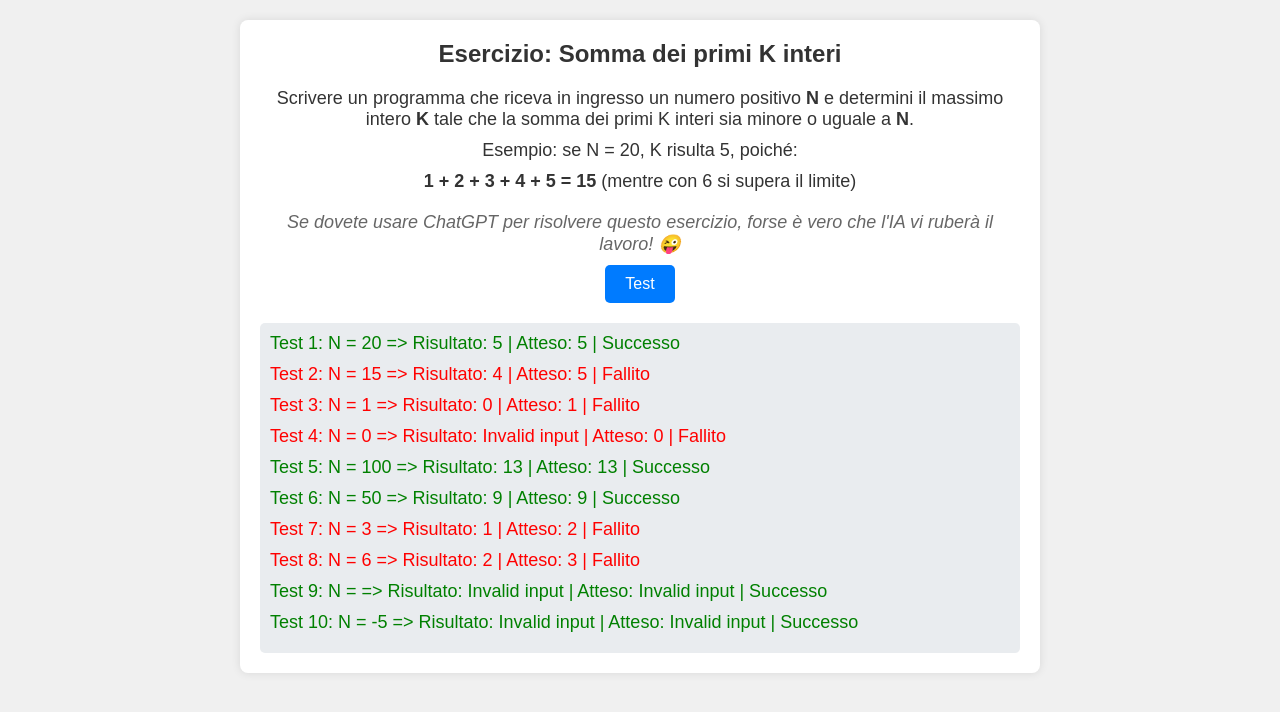
Repository: JoseManuel-Feliz/merenda1
Page: index.html
An editor plug-in stored every save of this project. The page is shown before and after the next save, followed by the edit.
The browser window is 1280 px wide. The pictures show the whole page.
After loading, the first visible `#run-tests` was clicked once.

Above is the page before, as saved 2024-10-01 16:55:51.

### index.html
<!DOCTYPE html>
<html lang="it">

<head>
    <meta charset="UTF-8">
    <meta name="viewport" content="width=device-width, initial-scale=1.0">
    <title>Esercizio Somma di K Interi</title>
    <link rel="stylesheet" href="style.css">
</head>

<body>
    <div class="container">
        <h1>Esercizio: Somma dei primi K interi</h1>
        <p>
            Scrivere un programma che riceva in ingresso un numero positivo <strong>N</strong>
            e determini il massimo intero <strong>K</strong> tale che la somma dei primi K interi
            sia minore o uguale a <strong>N</strong>.
        </p>
        <p>Esempio: se N = 20, K risulta 5, poiché:</p>
        <p><strong>1 + 2 + 3 + 4 + 5 = 15</strong> (mentre con 6 si supera il limite)</p>
        <p style="margin-top: 20px; font-style: italic; color: #666;">
            Se dovete usare ChatGPT per risolvere questo esercizio, forse è vero che l'IA vi ruberà il lavoro! 😜
        </p>

        <button id="run-tests">Test</button>
        <div id="results"></div>
    </div>
    <script src="merenda.js"></script>
    <script src="script.js"></script>
</body>

</html>

### style.css
* {
    box-sizing: border-box;
    margin: 0;
    padding: 0;
}

body {
    font-family: Arial, sans-serif;
    background-color: #f0f0f0;
    color: #333;
    padding: 20px;
}

.container {
    max-width: 800px;
    margin: 0 auto;
    padding: 20px;
    background-color: #fff;
    border-radius: 8px;
    box-shadow: 0 0 10px rgba(0, 0, 0, 0.1);
    text-align: center;
}

h1 {
    font-size: 24px;
    margin-bottom: 20px;
}

p {
    font-size: 18px;
    margin-bottom: 10px;
}

button {
    padding: 10px 20px;
    font-size: 16px;
    border: none;
    background-color: #007bff;
    color: #fff;
    border-radius: 5px;
    cursor: pointer;
}

button:hover {
    background-color: #0056b3;
}

#results {
    margin-top: 20px;
    padding: 10px;
    background-color: #e9ecef;
    border-radius: 5px;
    text-align: left;
}

### merenda.js
function sommaInteri(N) {
    let somma = 0;
    let count = 0;

    if (N < 0 || !N) {
        return 'Invalid input';
    }
    for (let i = 1; i <= N; i++) {
        if (somma + i >= N) {
            return count;
        }
        somma += i;
        console.log(somma)
        count++;
        console.log(count)
    }
}

### script.js
document.getElementById('run-tests').addEventListener('click', function () {
    const resultsContainer = document.getElementById('results');
    resultsContainer.innerHTML = '';

    const testCases = [
        { N: 20, expected: 5 },
        { N: 15, expected: 5 },
        { N: 1, expected: 1 },
        { N: 0, expected: 0 },
        { N: 100, expected: 13 },
        { N: 50, expected: 9 },
        { N: 3, expected: 2 },
        { N: 6, expected: 3 },
        { N: '', expected: 'Invalid input' },
        { N: -5, expected: 'Invalid input' },
    ];

    testCases.forEach((test, index) => {
        try {
            const result = sommaInteri(test.N);
            const passed = result === test.expected;
            const message = `Test ${index + 1}: N = ${test.N} => Risultato: ${result} | Atteso: ${test.expected} | ${passed ? 'Successo' : 'Fallito'}`;
            const resultElement = document.createElement('p');
            resultElement.textContent = message;
            resultElement.style.color = passed ? 'green' : 'red';
            resultsContainer.appendChild(resultElement);
        } catch (error) {
            const message = `Test ${index + 1}: N = ${test.N} ha generato un errore: ${error.message}`;
            const resultElement = document.createElement('p');
            resultElement.textContent = message;
            resultElement.style.color = 'red';
            resultsContainer.appendChild(resultElement);
        }
    });
});

After the next save:
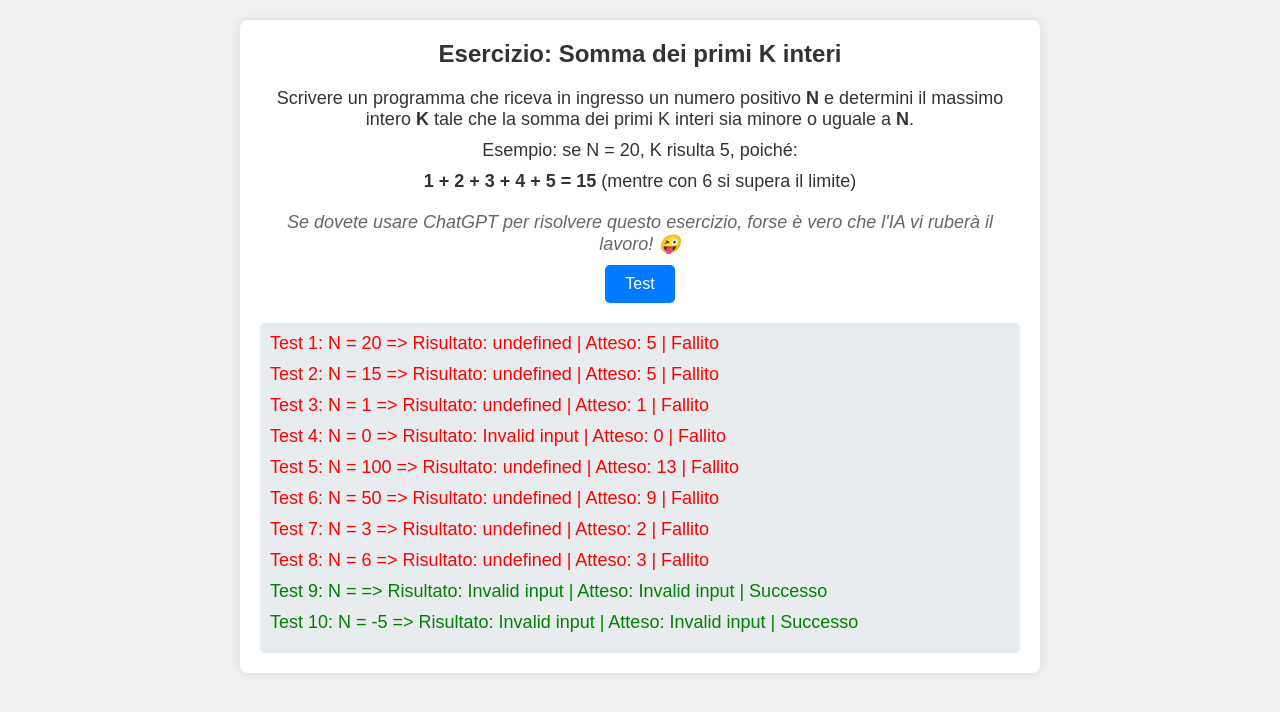
Saved 35 s later.
--- a/merenda.js
+++ b/merenda.js
@@ -6,7 +6,7 @@ function sommaInteri(N) {
         return 'Invalid input';
     }
     for (let i = 1; i <= N; i++) {
-        if (somma + i >= N) {
+        if (somma + i > N && somma === 0) {
             return count;
         }
         somma += i;
